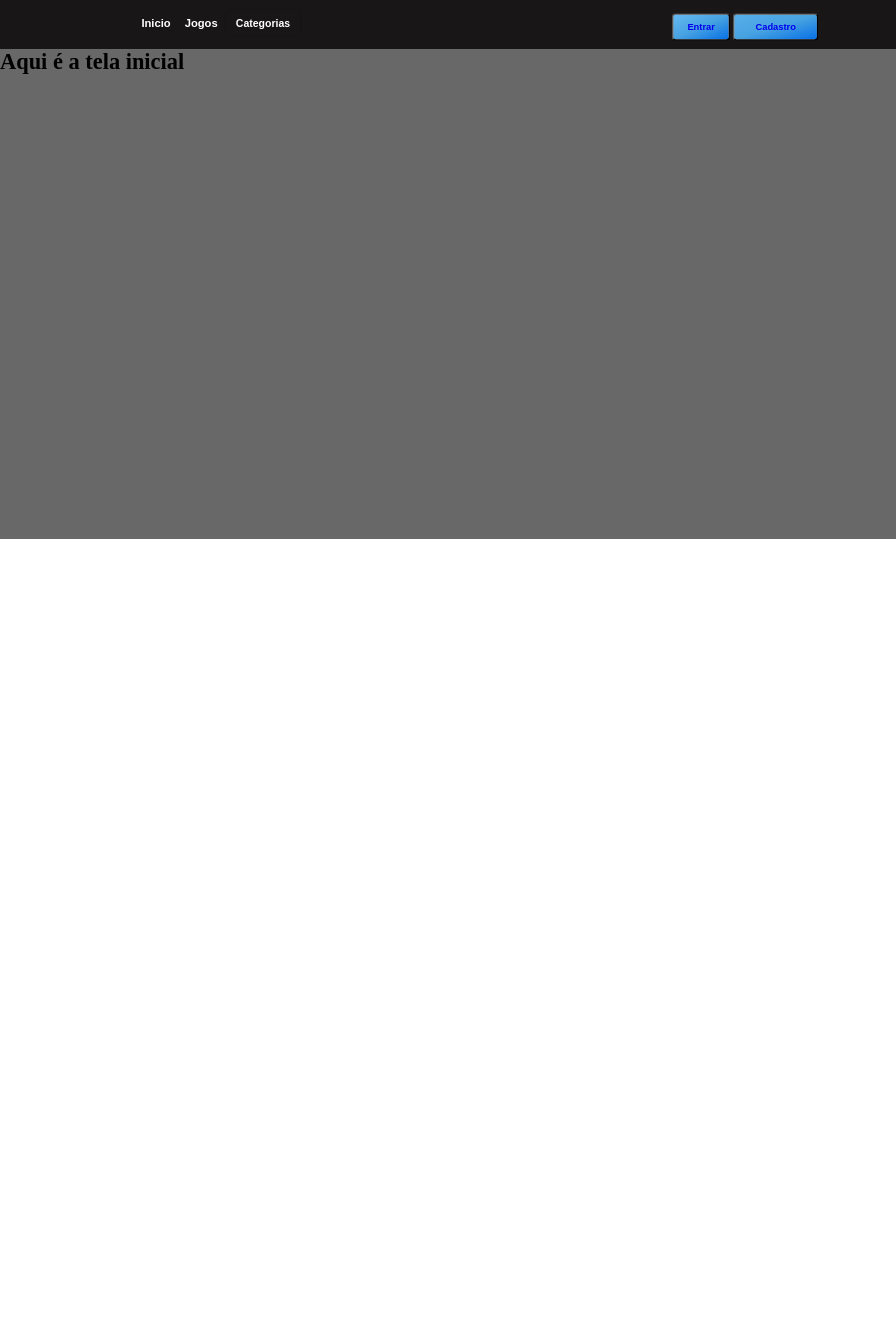
Repository: MarcoantonioCaldeira/Projeto-Go-Gamming
Page: /
These files come from the project's save history. The page is drawn as it stood at one moment and after the next save; the edit follows.
The browser window is 1280 px wide. The pictures show the part of the page from y = 0 to 1920 px (the page is 3570 px tall before and 3500 px after), at 70% of full size.
The project was rebuilt for these pictures with package versions that can differ from the ones it lists, and the page was loaded fresh each time. Also part of the build but not shown: src/pages/Jogos/Jogos.js, src/pages/Categorias/Acao.js, src/pages/Categorias/Aventura.js, src/pages/Categorias/Arcades.js, src/pages/Categorias/Familia.js, src/pages/Categorias/Independentes.js, src/pages/Categorias/Jogos_RPG.js, src/pages/Categorias/Gratuitos.js and 4 more.

Above is the page before, as saved 2023-02-05 19:12:53.

### src/App.js
import ReactDOM from "react-dom/client";
import "./fonts/Poppins.ttf";
import { BrowserRouter, Routes, Route } from "react-router-dom";

import Menu from "./pages/Menu/Menu";
import Inicio from "./pages/Inicio/Inicio";

//Categorias
import Jogos from "./pages/Jogos/Jogos";
import Acao from "./pages/Categorias/Acao";
import Aventura from "./pages/Categorias/Aventura";
import Arcades from "./pages/Categorias/Arcades";
import Familia from "./pages/Categorias/Familia";
import Independentes from "./pages/Categorias/Independentes";
import Jogos_RPG from "./pages/Categorias/Jogos_RPG";
import Gratuitos from "./pages/Categorias/Gratuitos";
import Terror from "./pages/Categorias/Terror";
import Suspence from "./pages/Categorias/Suspence";


import Login from "./pages/Login/Login";
import Cadastro from "./pages/Cadastro/Cadastro";

function App() {
  return (
   <BrowserRouter>
    <Routes>
      <Route path="/" element={<Inicio />}>
        <Route path="Menu" element={<Menu />}/>
        <Route path="jogos" element={< Jogos />}/>
          <Route path="Acao" element={<Acao />}/>
          <Route path="Aventura" element={<Aventura />}/>
          <Route path="Arcades" element={<Arcades />}/>
          <Route path="Familia" element={<Familia />}/>
          <Route path="Independentes" element={<Independentes />}/>
          <Route path="Jogos_RPG" element={<Jogos_RPG />}/>
          <Route path="Gratuitos" element={<Gratuitos />}/>
          <Route path="Terror" element={<Terror />}/>
          <Route path="Suspence" element={<Suspence />}/>
        <Route path="Login" element={<Login />}/>
        <Route path="Cadastro" element={<Cadastro />}/>
      </Route>
    </Routes>
   </BrowserRouter>
  );
}

const root = ReactDOM.createRoot(document.getElementById('root'))
root.render(<App />);
export default App;

### src/pages/Menu/Menu.js
import { Outlet, Link } from "react-router-dom";
import './estilo.css';


const Menu = () => {
  return (
      <>
        <nav id="nav_bar">
          <ul id="menu">
            <li>
              <Link to="./Inicio">Inicio</Link>
            </li>
            <li>
              <Link to="./Jogos">Jogos</Link>
            </li>
            <div class="dropdown" >
              <button class="dropbtn">Categorias</button>
                  <div class="dropdown-content">
                    <a><Link to="./Acao">Ação</Link></a>
                    <a><Link to="./Aventura">Aventura</Link></a>
                    <a><Link to="./Arcades">Arcades</Link></a>
                    <a><Link to="./Familia">Familia</Link></a>
                    <a><Link to="./Independentes">Independetes</Link></a>
                    <a><Link to="./Jogos_RPG">Jogos_RPG</Link></a>
                    <a><Link to="./Gratuitos">Gratuitos</Link></a>
                    <a><Link to="./Terror">Torror</Link></a>
                    <a><Link to="./Suspence">Suspence</Link></a>
                  </div>
            </div>
          </ul>
          <div id="area_cliente">
            <button class="area_cliente_login"><Link to="./Login">Entrar</Link></button>
            <button class="area_cliente_cadastro"><Link to="./Cadastro">Cadastro</Link></button>
          </div>
        </nav>
        <Outlet />
      </>
  )
};

export default Menu;

### src/pages/Inicio/Inicio.js
import "./estilo.css"
import  Rodape from  "../rodape/rodape"
import  Menu from  "../Menu/Menu"

const Inicio = () => {

    return(
        <div>
            <Menu />
            <div id="Local_Img">
                <h1>Aqui é a tela inicial</h1>
            </div>
            <div id="Corpo_Site">

            </div>
            <Rodape />
        </div>
    )
}

export default Inicio;

### src/pages/Menu/estilo.css

*{
    text-decoration: none;
    margin: 0;
    padding: 0;
}

#nav_bar{
    width: 100%;
    height: 70px;
    background-color: #181616;
}

#menu{
    width:20%;
    height: 70px;
    margin-left: 15%;
    /* background-color: red; */
    list-style:none;
}

#nav_bar li{
    position:relative;
    float:left;
}

#nav_bar li a{
    text-decoration:none;
    padding:5px 10px;
    margin-top: 30%;
    display:block;
    color: white;
    font-weight: 700;
    font-family: 'Montserrat', sans-serif;
}



/* DropDown Button */

.dropdown {
    position: relative;
    display: inline-block;
}


.dropbtn{
    position: relative;
    background-color: #181616;
    padding: 10px 15px;
    font-size: 15px;
    margin-top: 12%;
    font-family: 'Montserrat', sans-serif;
    font-weight: 700;
    border: 1px solid;
    border-radius: 5px;
    border-color: #181616;
    color: white;
}


.dropdown-content {
    display: none;
    position: absolute;
    background-color: #222121;
    font-size: 80%;
    font-weight: 700;
    font-family: 'Montserrat', sans-serif;
    min-width: 80px;
    box-shadow: 0px 8px 16px 0px rgba(0,0,0,0.2);
    z-index: 1;
  }

  .dropdown-content a {
    color: white;
    padding: 12px 16px;
    text-decoration: none;
    display: block;
  }

  .dropdown-content a:hover {background-color: #2b2a2a}

  .dropdown:hover .dropdown-content {
    display: block;
  }

  /* Area do Cliente */

  #area_cliente{
    position: relative;
    width: 20%;
    margin-left: 75%;
    margin-top: -6%;
    height: 70px;
    text-decoration: none;
  }

  .area_cliente_login{
    padding: 10px 20px;
    font-weight: 700;
    border-radius: 5px;
    color: white;
    background-image:  linear-gradient(to bottom right,#64b9f2, #47A2E0, #0770E7);
    font-family: 'Montserrat', sans-serif;
    border-color: none;
  }

  .area_cliente_cadastro{
    margin-top: 10%;
    padding: 10px 30px;
    font-weight: 700;
    margin-left: 4px;
    color: white;
    border-radius: 5px;
    background-image:  linear-gradient(to bottom right,#57afea,#47A2E0, #0770E7);
    font-family: 'Montserrat', sans-serif;
    border-color: none;
  }

### src/pages/Inicio/estilo.css

#Local_Img{
    background-color: rgb(104, 104, 104);
    width: 100%;
    height: 700px;
}

#Corpo_Site{
    width: 100%;
    height: 2500px;
}

#RodapeSite{
    width: 100%;
    height: 300px;
    background-color: black;
}

### src/pages/rodape/rodape.js


const rodape = () => {

    return(
        <div id="RodapeSite">
            <h2>Aqui é o rodape</h2>
        </div>
    )
}

export default rodape;

Loaded but not shown: public/index.html (common file); src/index.js (common file); src/reportWebVitals.js (common file)

After the next save:
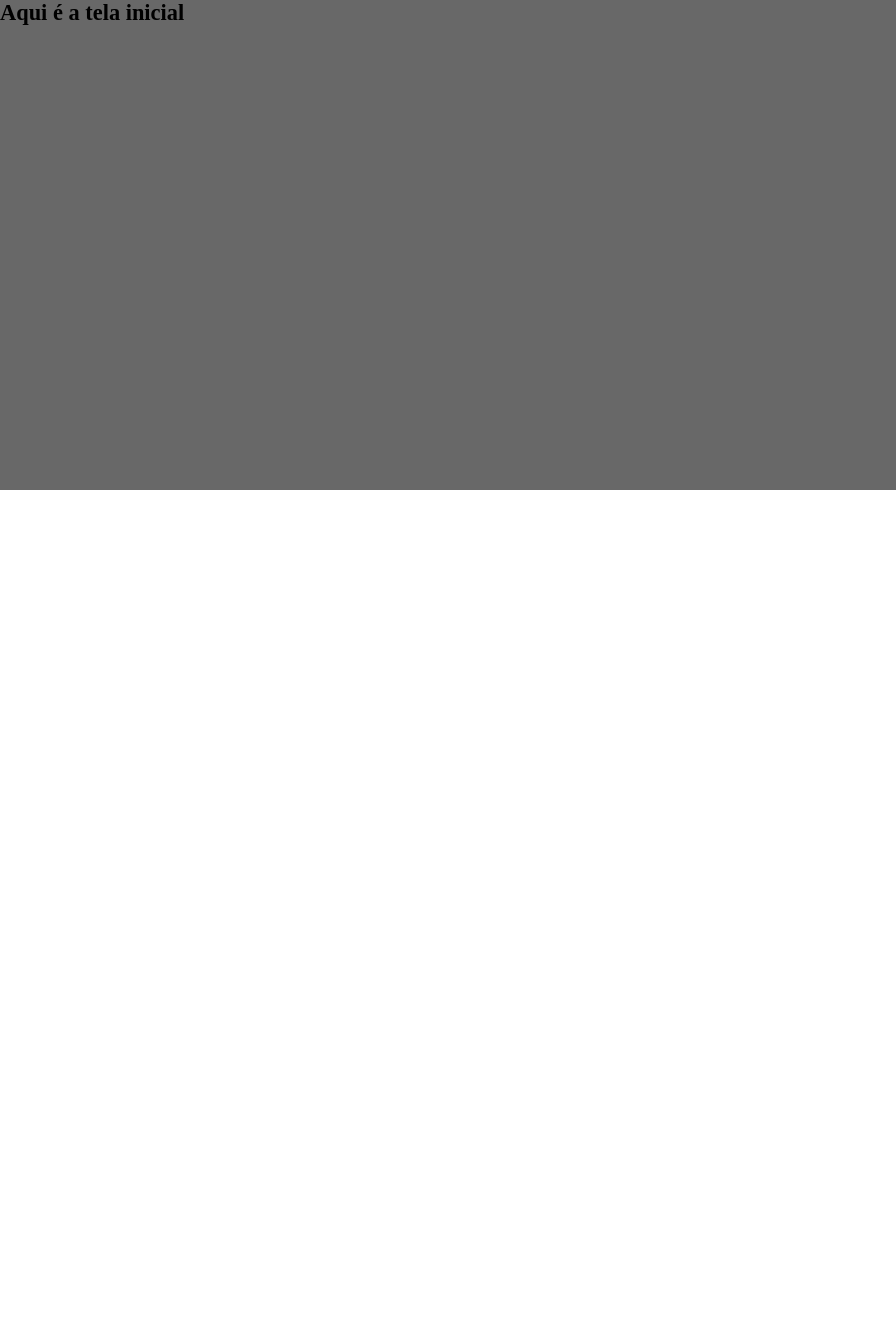
Saved 88 s later.
--- a/src/pages/Inicio/Inicio.js
+++ b/src/pages/Inicio/Inicio.js
@@ -1,12 +1,12 @@
 import "./estilo.css"
 import  Rodape from  "../rodape/rodape"
-import  Menu from  "../Menu/Menu"
+
 
 const Inicio = () => {
 
     return(
         <div>
-            <Menu />
+
             <div id="Local_Img">
                 <h1>Aqui é a tela inicial</h1>
             </div>
